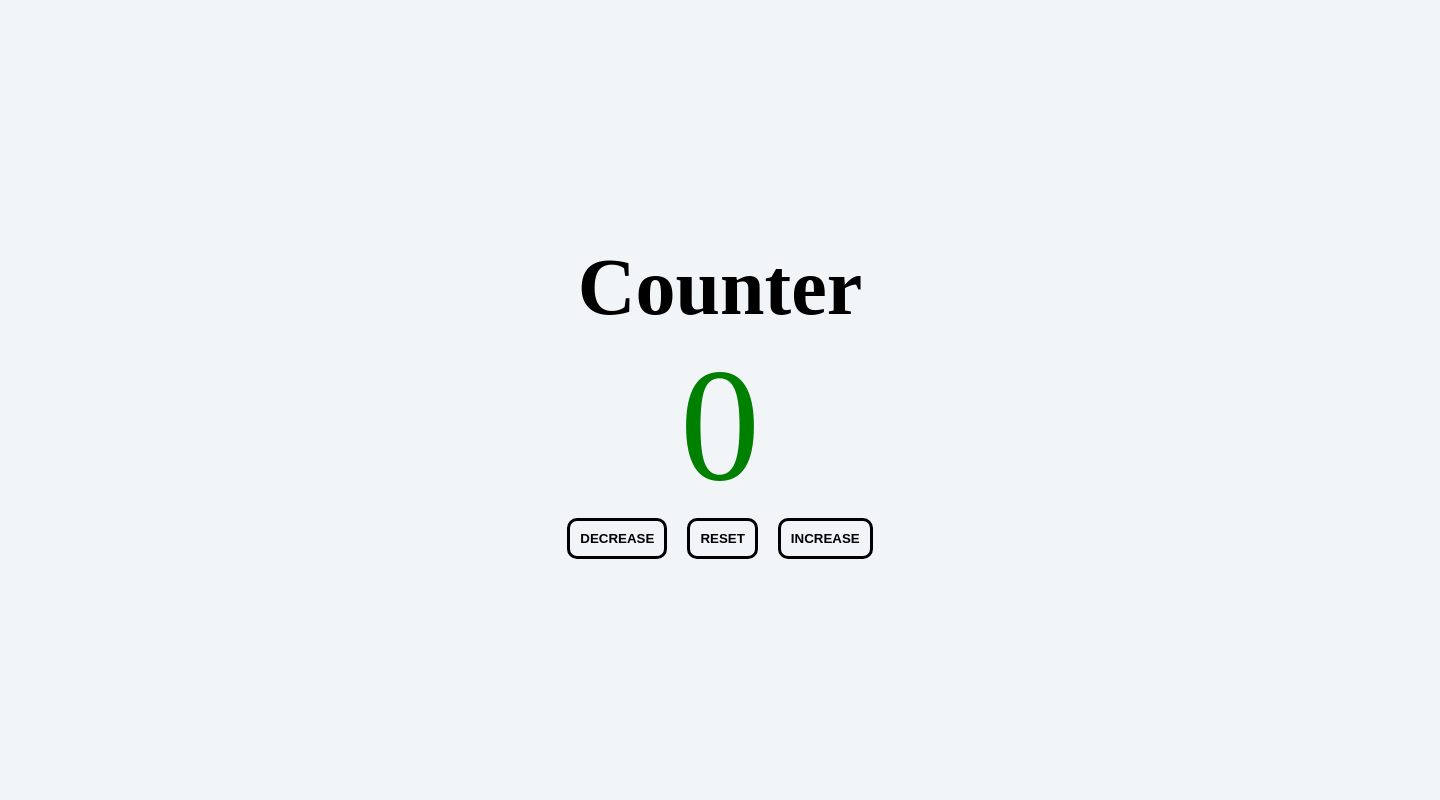
Repository: imokha01/createCounter
Page: index.html
These files come from the project's save history. The page is drawn as it stood at one moment and after the next save; the edit follows.
The browser window is 1280 px wide. The page is 1440 px wide, so the pictures cover 1440 px, including what lies to the right of the window. The pictures show the whole page.

Above is the page before, as saved 2024-01-17 17:27:15.

### index.html
<!DOCTYPE html>
<html lang="en">
  <head>
    <meta charset="UTF-8" />
    <meta name="viewport" content="width=device-width, initial-scale=1.0" />
    <link rel="stylesheet" href="style.css" />
    <title>Document</title>
  </head>
  <body>
    <div class="main">
      <h1>Counter</h1>
      <div id="countDisplay" value="0">0</div>
      <div class="controls">
        <button id="decrease" class="controls">DECREASE</button>
        <button id="reset" class="controls">RESET</button>
        <button id="increase" class="controls">INCREASE</button>
      </div>
    </div>
    <script src="./index.js"></script>
  </body>
</html>

### style.css
* {
    margin: 0;
    padding: 0;
    box-sizing: border-box;
}

body {
    overflow: hidden    ;
}

.main {
    display: flex;
    flex-direction: column;
    justify-content: center;
    align-items: center;
    background-color: #f1f5f8;
    width: 90rem;
    height: 50rem;
}

h1 {
    font-size: 5rem;
}

#countDisplay {
    color: green;
    font-size: 10rem;

}

.controls {
    display: flex;
    gap: 20px;
}

.controls > button {
    padding: 10px;
    border: 3px solid black;
    border-radius: 10px;
    font-weight: 700;
    background-color: transparent;
    cursor: pointer;
}

### index.js
const counterScreen = document.getElementById("countDisplay");
const Buttons = document.querySelectorAll(".controls")
console.log(Buttons)

const counter = () => {
    let count = 0;
    if (increaseButton) {
        return count += 1
        console.log(count)
    }
}

After the next save:
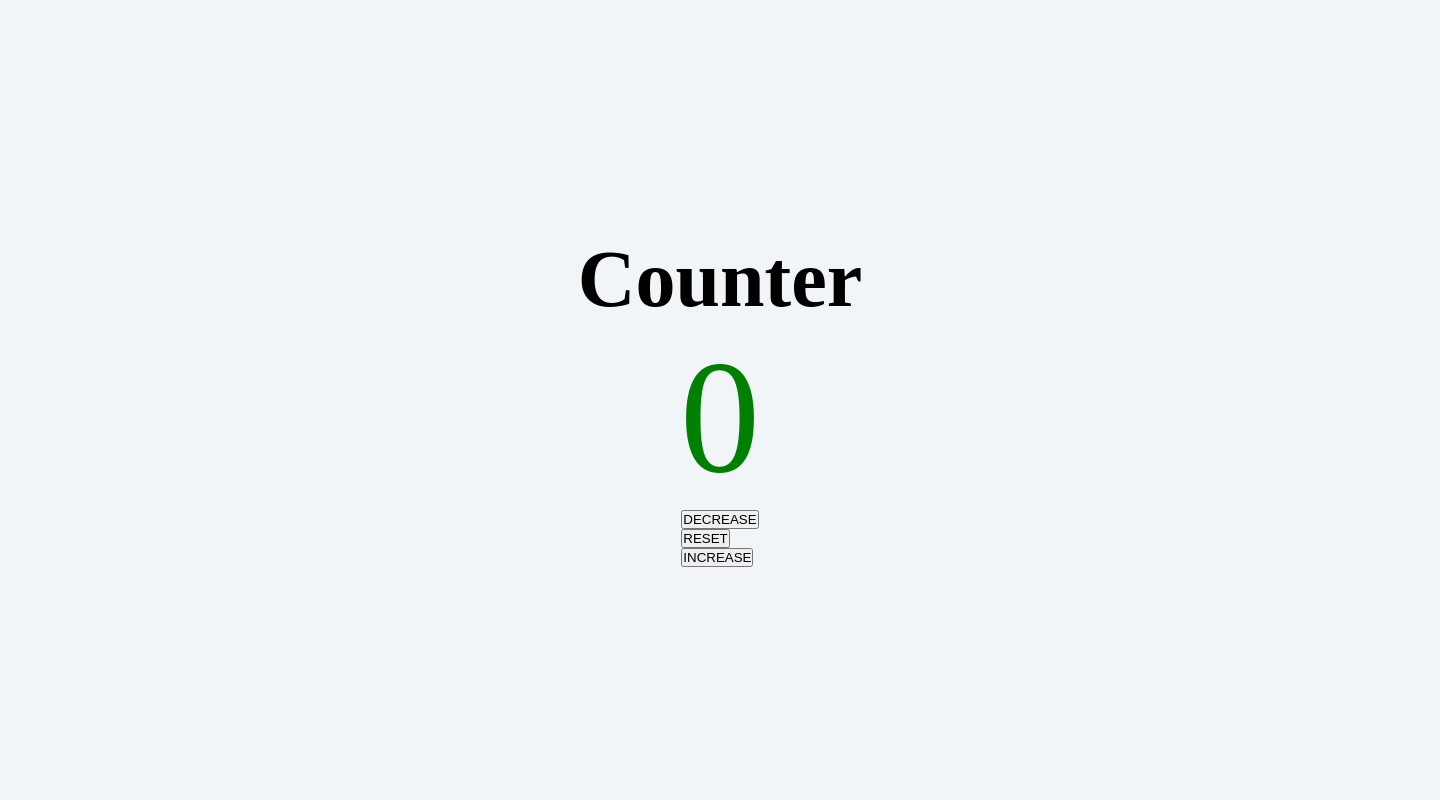
Saved 82 s later.
--- a/index.html
+++ b/index.html
@@ -10,7 +10,7 @@
     <div class="main">
       <h1>Counter</h1>
       <div id="countDisplay" value="0">0</div>
-      <div class="controls">
+      <div>
         <button id="decrease" class="controls">DECREASE</button>
         <button id="reset" class="controls">RESET</button>
         <button id="increase" class="controls">INCREASE</button>

After the 5 saves that followed:
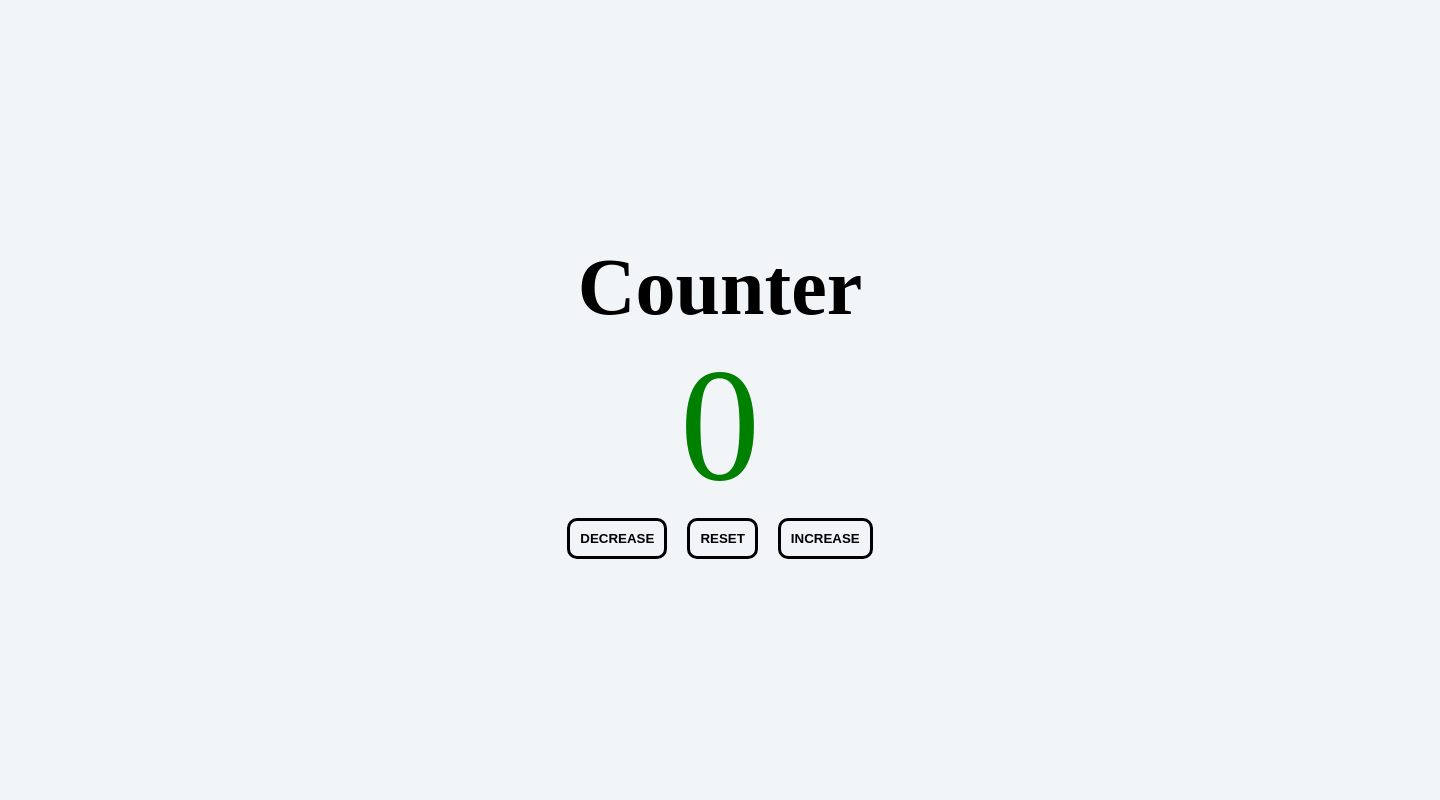
The 5 saves are shown as one change because 1 left the picture as it was and some came seconds apart.
The last was saved 30 s later.
--- a/index.html
+++ b/index.html
@@ -10,8 +10,8 @@
     <div class="main">
       <h1>Counter</h1>
       <div id="countDisplay" value="0">0</div>
-      <div>
-        <button id="decrease" class="controls">DECREASE</button>
+      <div class="controls">
+        <button id="decrease" class="btn">DECREASE</button>
         <button id="reset" class="controls">RESET</button>
         <button id="increase" class="controls">INCREASE</button>
       </div>
